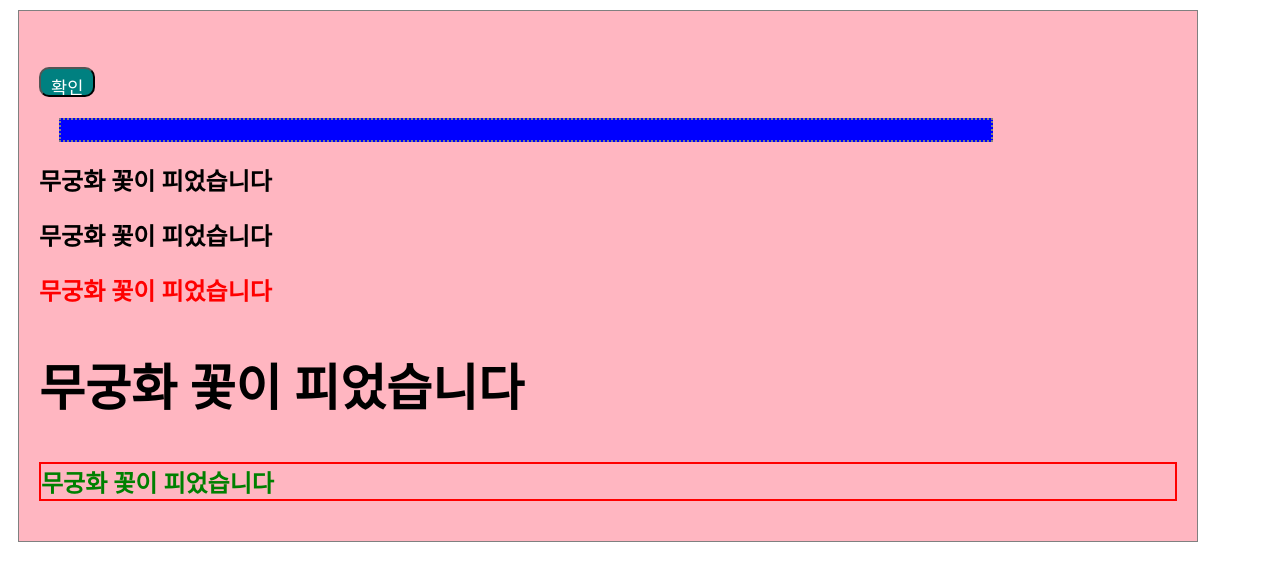
Repository: jeje0130/html
Page: jqpro/WebContent/0122/dom엘리먼트.html
These files come from the project's save history. The page is drawn as it stood at one moment and after the next save; the edit follows.
The browser window is 1280 px wide. The pictures show the whole page.
After loading, the first visible `input` was clicked once.

Above is the page before, as saved 2021-01-22 02:10:19.

### jqpro/WebContent/0122/dom엘리먼트.html
<!DOCTYPE html>
<html>
<head>
<meta charset="UTF-8">
<title>Insert title here</title>
<link rel = "stylesheet" href = "../css/public.css">
<script src="../js/jquery-3.5.1.min.js"></script>
<script>
//준비되면
$(function() {

	//버튼 클릭시
	$('input:button').on('click', function() {

		//dom 변수, dom 엘리먼트
		res1 = document.getElementById('result1');

		//dom 엘리먼트 는 css()jQuery메소드 사용불가;
		//res1.css('background','yellow');  => 안나옴
		res1.style.background = 'yellow';

		//dom 엘리먼트를 $()로 감싸주면 jQuery객체로 변환된다
		$(res1).css('background','blue');

		//2번째 h2를 선택한다 - aa, bb는 jQuery변수
		aa = $('h2:eq(2)')
		bb = $('h2').eq(3)
		aa.css('color','red')
		bb.css('font-size','50px')

		//cc는 [4]에 의해서 dom엘리먼트로 변경
		cc = $('h2')[4]
		cc.style.color = 'green';
		$(cc).css('border','2px solid red')

	})

})

</script>
<style>
</style>
</head>
<body>

<div class="box">

 <br><br>

<input type="button" value="확인">

<div id="result1"></div>
	<h2>무궁화 꽃이 피었습니다</h2>
	<h2>무궁화 꽃이 피었습니다</h2>
	<h2>무궁화 꽃이 피었습니다</h2>
	<h2>무궁화 꽃이 피었습니다</h2>
	<h2>무궁화 꽃이 피었습니다</h2>

</div>
</body>
</html>

### jqpro/WebContent/css/public.css
@charset "utf-8";

pre {
	background-color : #FFE3EE;
	font-size : 1.2em;
	white-space: pre-wrap; /* 우측 여백 고정, 넘치는 글자 줄바꿈 */

	/*
	pre : 공백은 그대로, 줄바꿈 X
	pre-wrap : 공백은 그대로, 줄바꿈 O
	pre-line : 공백을 여러개줘도 하나만 표시, 줄바꿈 O
	nowrap : 공백을 여러개줘도 하나만 표시, 줄바꿈 X
	 */
}

div.box{
	width : 90%;
	height: auto;
	margin: 10px;
	padding: 20px;
	border: 1px solid gray;
	background: #FFB6C1;
}

.box input[type = button]{
	width: auto;
	height: 30px;
	background: #008080;
	color : white;
	padding: 5px 10px;
	border-radius : 10px;
	font-size: 1.1em;
}

.box div{
	width : 80%;
	height: auto;
	padding: 10px;
	border: 2px dotted gray;
	margin: 20px;
}

Loaded but not shown: jqpro/WebContent/js/jquery-3.5.1.min.js (library)

After the next save:
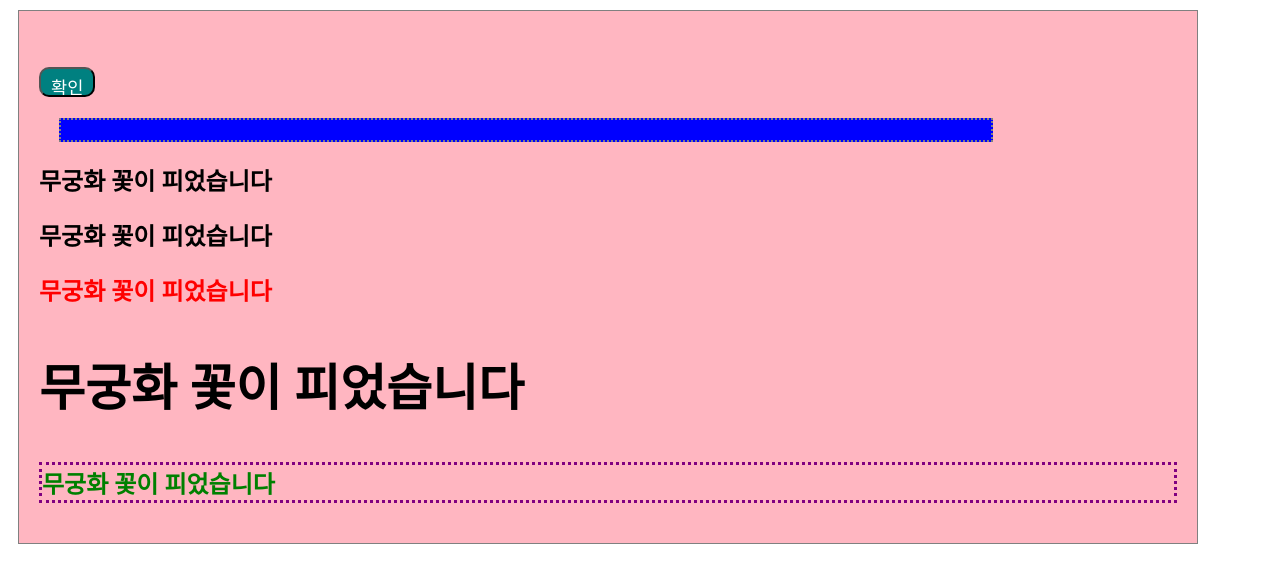
Saved 23 s later.
--- a/jqpro/WebContent/0122/dom엘리먼트.html
+++ b/jqpro/WebContent/0122/dom엘리먼트.html
@@ -31,7 +31,7 @@ $(function() {
 		//cc는 [4]에 의해서 dom엘리먼트로 변경
 		cc = $('h2')[4]
 		cc.style.color = 'green';
-		$(cc).css('border','2px solid red')
+		$(cc).css('border','3px dotted purple')
 
 	})
 
